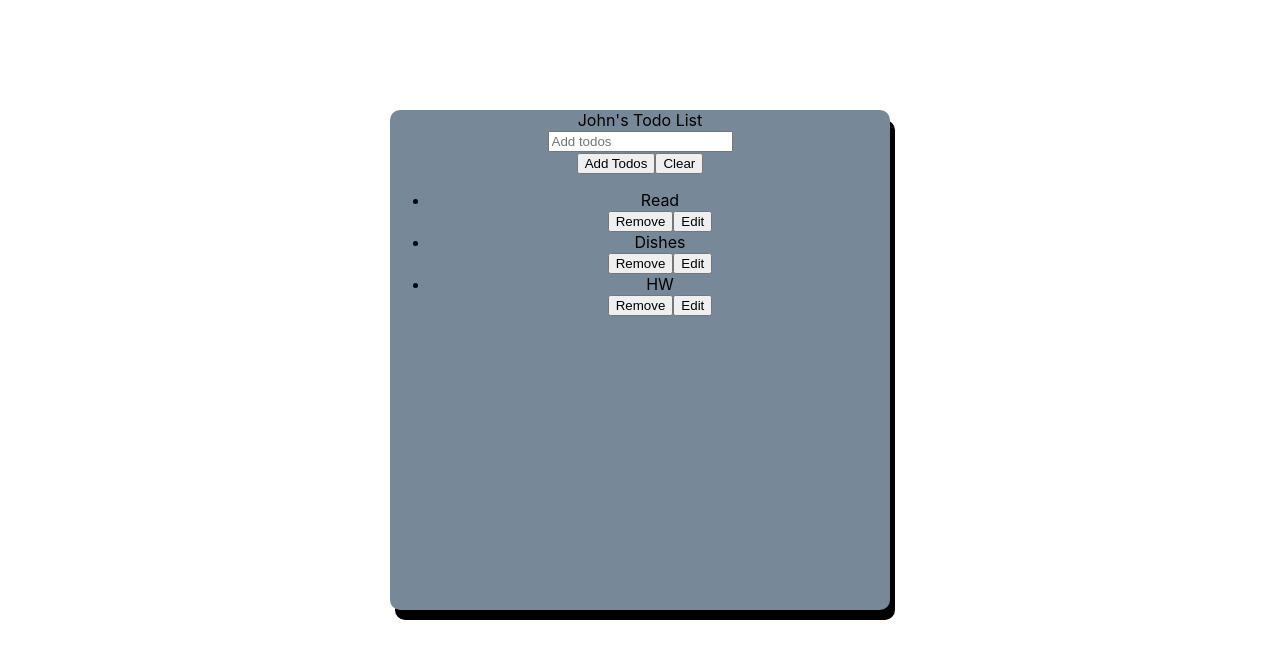
Repository: JohnKang0720/Simple-Todo-List
Page: /
These files come from the project's save history. The page is drawn as it stood at one moment and after the next save; the edit follows.
The browser window is 1280 px wide. The pictures show the whole page.
The project was rebuilt for these pictures with package versions that can differ from the ones it lists, and the page was loaded fresh each time.

Above is the page before, as saved 2021-05-25 08:21:01.

### src/App.js
import logo from './logo.svg';
import './App.css';
import TodoList from './TodoList'
import {taskContext} from './TodoList'
import React, {useContext, useState} from 'react'
import Todoform from './Todoform';


function App() {

  return (
    <TodoList >

    <div className="App">
     John's Todo List
   <Todoform />
    </div>
    </TodoList>

  );
}

export default App;

### src/App.css
.App {
  text-align: center;
}

.App-logo {
  height: 40vmin;
  pointer-events: none;
}

@media (prefers-reduced-motion: no-preference) {
  .App-logo {
    animation: App-logo-spin infinite 20s linear;
  }
}

.App-header {
  background-color: #282c34;
  min-height: 100vh;
  display: flex;
  flex-direction: column;
  align-items: center;
  justify-content: center;
  font-size: calc(10px + 2vmin);
  color: white;
}

.App-link {
  color: #61dafb;
}
body,html{
  width: 100%;
  height: 100%;
  display: flex;
  align-items: center;
  justify-content:center;
}
.App{
  background: lightslategray;
  width: 500px;
  height: 500px;
  position: relative;
  border-radius: 10px;
  box-shadow: 5px 10px;


}

@keyframes App-logo-spin {
  from {
    transform: rotate(0deg);
  }
  to {
    transform: rotate(360deg);
  }
}

### src/TodoList.js
import { DetectFacesTaskBase } from 'face-api.js'
import React, {useState, createContext} from 'react'
import Todoform from './Todoform'
import uuid from "uuid"

export const taskContext = createContext(null)
const TodoList = (props) => {

 const [input, setInput] = useState([
  {task: "Read", id: 1},
  {task: "Dishes", id: 2},
  {task: "HW", id: 3}
 ])

 function addTask(task){
setInput([...input, {task, id: 0 }  ])
 }
//  "task" along with the argument names the task off of e.target.value

function removeTask(id){
 setInput(input.filter(task => task.id !== id))
}

 return(
    <taskContext.Provider value = {{input, addTask, removeTask}}>
    {props.children}
    </taskContext.Provider>
 )
}

export default TodoList

### src/Todoform.js
import React, {useContext, useState} from 'react'
import {taskContext} from './TodoList'
import List from './List'
function Todoform() {
    const {input, addTask, removeTask} = useContext(taskContext)
    const [title, settitle] = useState('')
    const handleSubmit = (e) => {
      e.preventDefault();

      addTask(title)
      settitle('')
    }
    const handleChange = (e) => {

    settitle(e.target.value)


    }
    return (
        <div>
       <form onSubmit = {handleSubmit}>
           <input type = "text" placeholder = "Add todos" onChange = {handleChange} value = {title}/>
           <div>
           <button > Add Todos </button>
           <button > Clear </button>
           </div>
       </form>

        <ul>
            {/* why does it have to be "input??" */}
            {input.map((task) => {
            return (

            <List task = {task} key = {task.id} remove = {removeTask} />


            )
            })}
        </ul>
        </div>
    )
}

export default Todoform

### src/List.js
import React, { useContext } from 'react'

function List({task, remove}) {


    return (
        <li>
            <span> {task.task}</span>
            <div>
                <button onClick = {remove}> Remove </button>
                <button> Edit </button>
            </div>
        </li>

    )
}

export default List

Loaded but not shown: public/index.html (common file); src/index.js (common file); src/index.css (common file); src/reportWebVitals.js (common file)

After the next save:
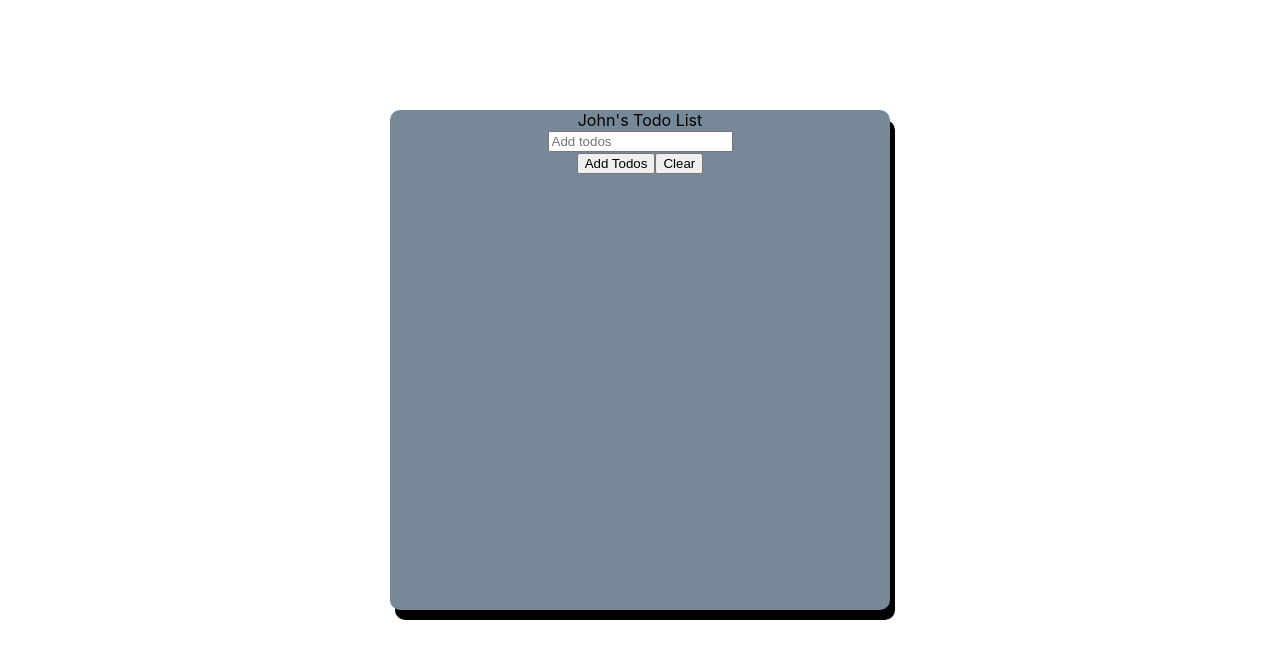
Saved 25 s later.
--- a/src/List.js
+++ b/src/List.js
@@ -7,7 +7,7 @@
         <li>
             <span> {task.task}</span>
             <div>
-                <button onClick = {remove}> Remove </button>
+                <button onClick = {remove(task.id)}> Remove </button>
                 <button> Edit </button>
             </div>
         </li>

After the save that followed:
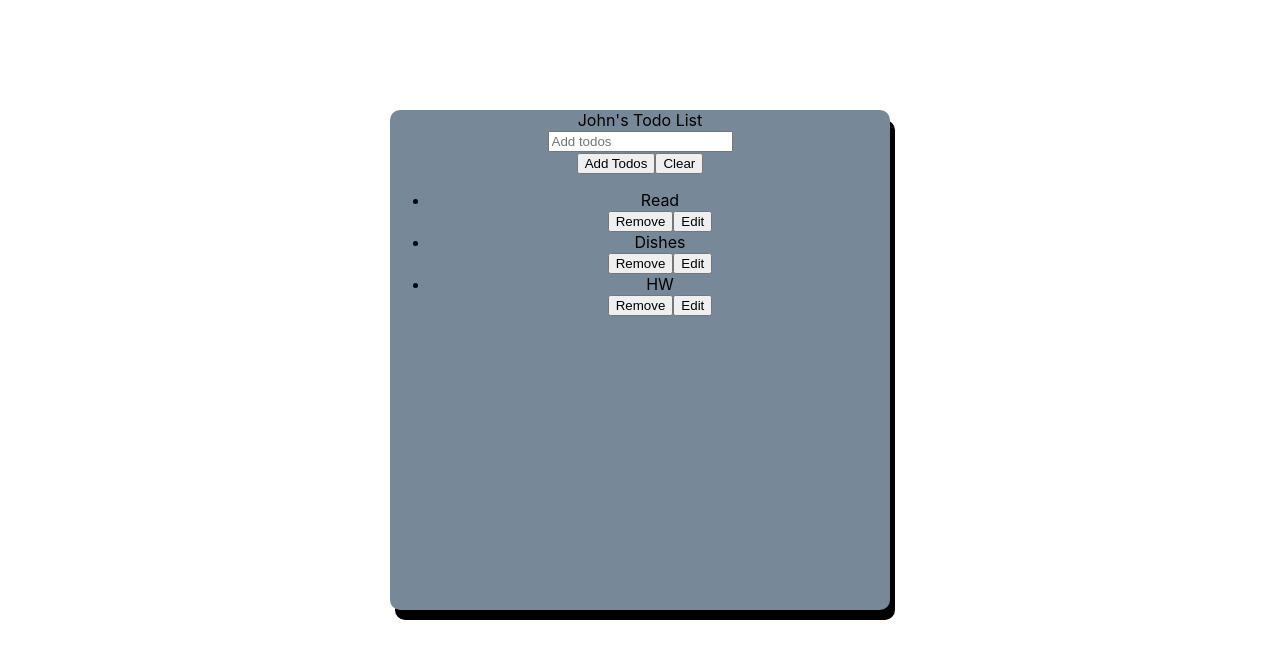
Saved 11 s later.
--- a/src/List.js
+++ b/src/List.js
@@ -7,7 +7,7 @@
         <li>
             <span> {task.task}</span>
             <div>
-                <button onClick = {remove(task.id)}> Remove </button>
+                <button onClick = {() => remove(task.id)}> Remove </button>
                 <button> Edit </button>
             </div>
         </li>
